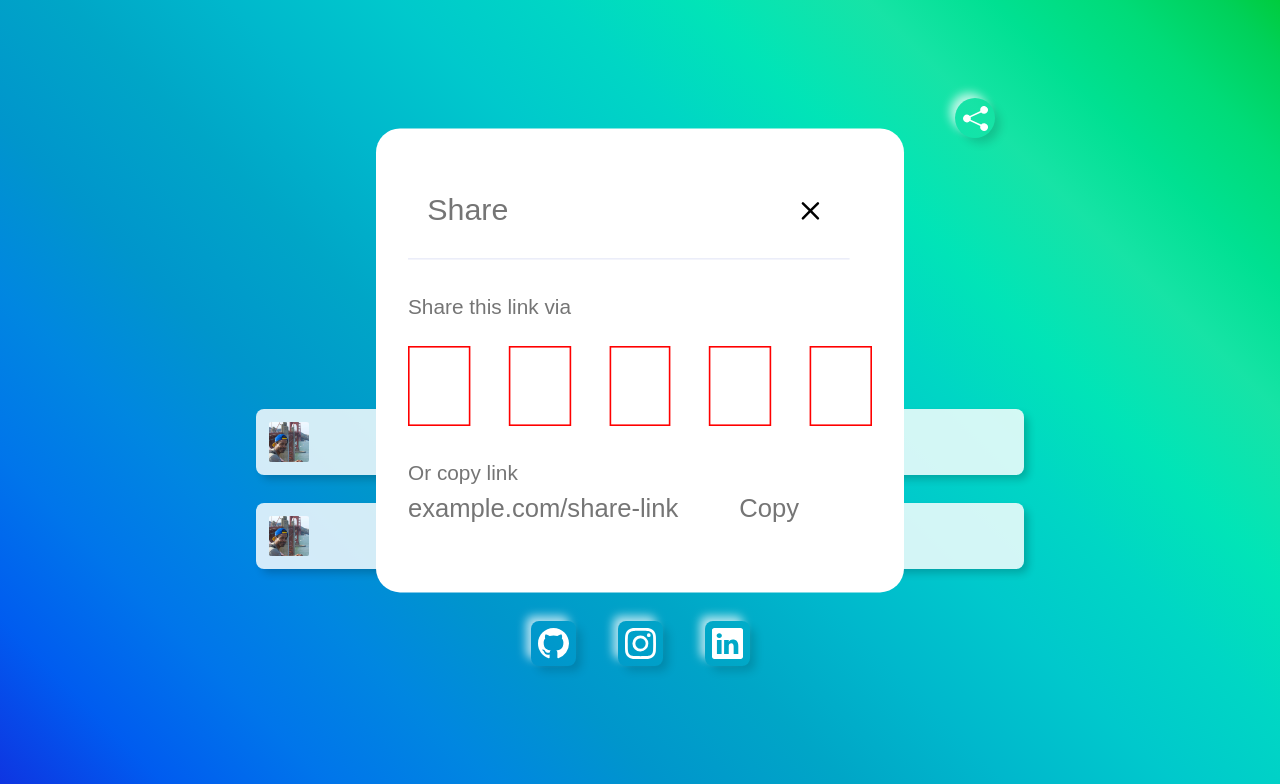
Repository: MateLaDBrouille97/linktree
Page: /
An editor plug-in stored every save of this project. The page is shown before and after the next save, followed by the edit.
The browser window is 1280 px wide. The pictures show the whole page.
The project was rebuilt for these pictures with package versions that can differ from the ones it lists, and the page was loaded fresh each time. The framework's server and built-in components were replaced by stand-ins that run in the browser. Also part of the build but not shown: next.config.js, styles/Home.module.css, styles/scrollup.css.

Above is the page before, as saved 2023-01-23 23:49:39.

### app/layout.tsx
"use client";

import '@/styles/globals.css'
import '../styles/Home.module.css';
import '../styles/scrollup.css';
import '../styles/home.css';
import '../styles/socials.css';
import '../styles/share.css';
import ScrollDow from '../components/ScrollDow';
import ScrollUp from '../components/scrollup/ScrollUp'

export default function RootLayout({
    children,
  }: {
    children: React.ReactNode;
  }) {
    return (
      <html lang="en">
        <body>{children}</body>
        {/* <ScrollDow/> */}
        {/* <ScrollUp/> */}
      </html>
    );
  }

### app/page.tsx
"use client";

import Image from "next/image";
import data from "data.json";
import image from "../public/ManuelTL2.jpg";
import image1 from "../public/ManuelTL2.jpg";
import { useEffect, useState } from "react";
import Socials from "../components/Socials";
import Share from "@/components/Share";

function LinkCard({
  href,
  title,
  image,
}: {
  href: string;
  title: string;
  image?: string;
}) {
  return (
    <a
      href={href}
      className="flex items-center p-3 w-full rounded-lg hover:scale-105 transition-all bg-gray-100 mb-3 -mt-2 max-w-3xl home__linkcard-box"
    >
      <div className="flex text-center w-full home__linkcard-card">
        <div className="w-10 h-10 home__linkcard-img">
          {image1 && (
            <Image
              className="rounded-sm"
              alt={data.name}
              src={image1}
              width={40}
              height={40}
            />
          )}
        </div>
        <h2 className="flex justify-center items-center font-semibold w-full text-gray-700 -ml-10 home__linkcard-title">
          {title}
        </h2>
      </div>
    </a>
  );
}

export default function Home() {
  /*==================== Toggle Menu ====================== */
  const [toggle, showMenu] = useState(false);
  const [activeNav, setActiveNav] = useState("#home");

  /* +++++++++++++++++++++++++++++++++++++++++++++++++ */
  // const { dbUser, image } = useUserContext();

  // const breakpoints = (width) => {
  //   if (width < 640) {
  //     return "xs";
  //   } else if (width >= 640 && width < 768) {
  //     return "sm";
  //   } else if (width >= 768 && width < 1024) {
  //     return "md";
  //   } else if (width >= 1024) {
  //     return "lg";
  //   }
  // };

  // const [breakpoint, setBreakpoint] = useState(() =>
  //   breakpoints(typeof window !== "undefined" && window.innerWidth)
  // );

  useEffect(() => {
    if (toggle) {
      // const calcInnerWidth = function () {
      //   setBreakpoint(breakpoints(window.innerWidth));
      // };
      // window.addEventListener("resize", calcInnerWidth);
      window.addEventListener("scroll", function () {
        const header = this.document.querySelector(".header");
        //scroll higher than 200 viewport height
        //add scroll header class to a tag with the scroll-top
        if (this.scrollY >= 80) header?.classList.add("scroll-header");
        else header?.classList.remove("scroll-header");
      });
    }
  }, []);

  useEffect(() => {
    showMenu(true);
  }, []);

  return (
    <div className="flex items-center flex-col mx-auto w-full justify-center mt-16 px-8 ">
      <Share/>
      <a
        href="#home"
        onClick={() => setActiveNav("#home")}
        // className={
        //   activeNav === "#home" ? "nav__logo active-link" : "nav__logo"
        // }
      >
        <Image
          className="rounded-full"
          alt={data.name}
          src={image}
          width={96}
          height={96}
        />
      </a>

      <h1 className="font-semibold mt-4 mb-8 text-xl" style={{color:"white"}}>{data.name}</h1>
      <h3 className="home__description" style={{color:"white"}}>{data.small_description}</h3>

      <div className="grid place-items-center w-full mt-2">
        {data.links.map((link) => (
          <LinkCard key={link.href} {...link} />
        ))}
      </div>

      <div className="gap-3 items-center flex mt-10">
        {data?.socials?.map((social) => {
         return(

          <Socials title={social?.title} key={social?.href} />
          )
        })}
      </div>
    </div>
  );
}

### styles/globals.css
@tailwind base;
@tailwind components;
@tailwind utilities;

body{
  height:100vh;
  background-image: linear-gradient(
  45deg,
  hsl(229deg 88% 47%) 0%,
  hsl(217deg 100% 47%) 8%,
  hsl(210deg 100% 46%) 16%,
  hsl(204deg 100% 44%) 24%,
  hsl(196deg 100% 40%) 32%,
  hsl(190deg 100% 39%) 41%,
  hsl(186deg 100% 40%) 49%,
  hsl(181deg 100% 40%) 57%,
  hsl(175deg 100% 42%) 65%,
  hsl(168deg 99% 45%) 72%,
  hsl(162deg 82% 49%) 80%,
  hsl(159deg 100% 44%) 86%,
  hsl(153deg 100% 43%) 92%,
  hsl(146deg 100% 41%) 97%,
  hsl(138deg 100% 40%) 100%
);
}

@import  url('https://api.iconify.design/material-symbols/arrow-upward.svg');

/*=============== GOOGLE FONTS ===============*/
@import url("https://fonts.googleapis.com/css2?family=Poppins:wght@400;500;600&display=swap");

/*=================== NEXT.JS ================*/

html,
body {
  padding: 0;
  margin: 0;
  font-family: -apple-system, BlinkMacSystemFont, Segoe UI, Roboto, Oxygen,
    Ubuntu, Cantarell, Fira Sans, Droid Sans, Helvetica Neue, sans-serif;
}

h1 {
  font-size: 1.75rem;
}




/*=============== VARIABLES CSS ===============*/
:root {
  --header-height: 3rem;

  /*========== Colors ==========*/
  /*Color mode HSL(hue, saturation, lightness)*/
  --hue: 0;
  --sat: 0%;
  --title-color: hsl(var(--hue), var(--sat), 20%);
  --title-color-dark: hsl(var(--hue), var(--sat), 0%);
  --text-color: hsl(var(--hue), var(--sat), 46%);
  --body-color: hsl(var(--hue), var(--sat), 98%);
  --container-color: #fff;

  /*========== Font and typography ==========*/
  --body-font: "Poppins", sans-serif;

  /*.5rem = 8px | 1rem = 16px ...*/
  --big-font-size: 3.5rem;
  --h1-font-size: 2.75rem;
  --h2-font-size: 1.5rem;
  --h3-font-size: 1.25rem;
  --normal-font-size: 1rem;
  --small-font-size: 0.875rem;
  --smaller-font-size: 0.813rem;
  --tiny-font-size: 0.625rem;

  /*========== Font weight ==========*/
  --font-normal: 400;
  --font-medium: 500;
  --font-semi-bold: 600;

  /*========== Margenes Bottom ==========*/
  /*.5rem = 8px | 1rem = 16px ...*/
  --mb-0-25: 0.25rem;
  --mb-0-5: 0.5rem;
  --mb-0-75: 0.75rem;
  --mb-1: 1rem;
  --mb-1-5: 1.5rem;
  --mb-2: 2rem;
  --mb-2-5: 2.5rem;
  --mb-3: 3rem;

  /*========== z index ==========*/
  --z-tooltip: 10;
  --z-fixed: 100;
  --z-modal: 1000;
}

/* Responsive typography */
@media screen and (max-width: 992px) {
  :root {
    --big-font-size: 2.75rem;
    --h1-font-size: 1.5rem;
    --h2-font-size: 1.25rem;
    --h3-font-size: 1rem;
    --normal-font-size: 0.938rem;
    --small-font-size: 0.813rem;
    --smaller-font-size: 0.75rem;
  }
}

/*=============== BASE ===============*/
* {
  margin: 0;
  padding: 0;
  box-sizing: border-box;
}

html {
  scroll-behavior: smooth;
}

body,
button,
input,
textarea {
  font-family: var(--body-font);
  font-size: var(--normal-font-size);
}

body {
  background-color: var(--body-color);
  color: var(--text-color);
}

h1,
h2,
h3 {
  color: var(--title-color);
  font-weight: var(--font-semi-bold);
}

ul {
  list-style: none;
}

a {
  text-decoration: none;
}

button {
  cursor: pointer;
  border: none;
  outline: none;
}

img {
  max-width: 100%;
  height: auto;
}

/*=============== REUSABLE CSS CLASSES ===============*/
.section {
  padding: 6rem 0 2rem;
}

.section__title {
  font-size: var(--h1-font-size);
  color: var(--title-color);
}

.section__subtitle {
  display: block;
  font-size: var(--normal-font-size);
  margin-bottom: 4rem;
}

.section__title,
.section__subtitle {
  text-align: center;
}

/*=============== LAYOUT ===============*/
.container {
  max-width: 968px;
  margin-left: auto;
  margin-right: auto;
}

.grid {
  display: grid;
  gap: 1.5rem;
}

/*=============== BUTTONS ===============*/
.button {
  display: inline-block;
  background-color:rgb(100, 189, 140);
  color: var(--container-color);
  padding: 1.25rem 2rem;
  border-radius: 1rem;
  font-weight: var(--font-medium);
}

.button:hover {
  background-color: rgb(81, 209, 138);
  color: var(--container-color);
}

.button__icon {
  margin-left: var(--mb-0-5);
}

.button--flex {
  display: inline-flex;
  align-items: center;

}




/*=============== BREAKPOINTS ===============*/
/* For large devices */
@media screen and (max-width: 992px) {
  .container {
    margin-left: var(--mb-1-5);
    margin-right: var(--mb-1-5);
  }

  .button {
    padding: 1rem 1.75rem;
  }

  .button__icon {
    width: 22px;
    height: 22px;
  }
}

/* For medium devices */
@media screen and (max-width: 768px) {
  body {
    margin: 0 0 var(--header-height) 0;
  }

  .section {
    padding: 2rem 0 4rem;
  }

  .section__subtitle {
    margin-bottom: var(--mb-3);
  }
}

@media screen and (max-width: 576px) {

}

/* For small devices */
@media screen and (max-width: 350px) {
  :root {
    --big-font-size: 2.25rem;
  }

  .container {
    margin-left: var(--mb-1);
    margin-right: var(--mb-1);
  }
}

### styles/home.css
.home__container{
    row-gap: 7rem;
}

.home__content{
    grid-template-columns: 116px repeat(2, 1fr);
    padding-top: 5.5rem;
    column-gap: 2rem;
    align-items: center;
}

.home__social{
    display:grid;
    grid-template-columns: max-content;
    row-gap: 1rem;
}

.home__social-icon{
    font-size:1.25rem;
    color: var(--title-color);
}

.home__social-icon:hover{
    color:rgb(165, 30, 75);
}



.home__social-icon:hover{
    color: var(--title-color-dark);
}

.home__title{
    font-size:var(--h1-font-size);
    margin-bottom:var(--mb-0-25);
}

.home__hand{
    width: 38px;
    height: 38px;
    margin-left: 0.4rem;
}

.home__subtitle{
    position: relative;
    font-size:var(--h3-font-size);
    padding-left: 5.4rem;
    font-weight: var(--font-normal);
    margin-bottom: var(--mb-1);
}

.home__subtitle::before{
    content:'';
    position:absolute;
    width: 70px;
    height:1px;
    background-color:var(--text-color);
    left:0;
    top:1rem;
}

.home__description{
    max-width:400px;
    margin-bottom: var(--mb-3);
    line-height: 1.7;
}

.home__linkcard-box{
    background-color: rgba(255, 255, 255, 0.829);
    border-color: whitesmoke;
    border-width: 3px;
    transition: transform 0.5s;
    box-shadow: 5px 5px 9px -1px rgba(0,0,0,0.2);

    border: 1px solid rgba(0,0,0,0);
    transition: transform 0.5s;
}

.home__linkcard-box:hover{
    box-shadow: 10px 10px 0px -1px rgba(0,0,0,0.15),
                1px 1px 0.5px  rgba(0,0,0,0.15),
                0px -12px 10px -10px  rgba(0,0,0,0.05);
     border: 1px solid   rgba(0,0,0,0.1);
    /* transform:translateY(-2px)  ;    */
}

.home__linkcard-box::after{
    transition: transform 0.5s;
}

.home__linkcard-box:hover::after .home__linkcard-title {
    transition: transform 0.7s;
}

.home__linkcard-box:hover::after .home__linkcard-img {
    transition: transform 0.7s;
}

.home__linkcard-box:hover .home__linkcard-title{
    transform:scale(1.05);
    transition: transform 0.5s;
}

.home__linkcard-box:hover .home__linkcard-img{
    transform:scale(1.15);
    transition: transform 0.5s;
}




.home__img{
/* background: url(../../assets/Mur.jpg); */
background-repeat: no-repeat;
background-position: center;
background-size: cover;
box-shadow: inset 0 0 0 9px rgb(255 255 255/30%);
order: 1;
justify-self: center;
width:375px ;
height: 350px;
animation: profile__animate 8s ease-in-out infinite 1s;
}

@keyframes profile__animate {
    0%{
        border-radius: 60% 40% 30% 70%/60% 30% 70% 40%;
    }

    50%{
        border-radius: 30% 60% 70% 40%/50% 60% 30% 60%;
    }

    100%{
        border-radius: 60% 40% 30% 70%/60% 30% 70% 40%;
    }
}

.home__scroll{
    position:fixed;
    left: 2.5rem;
    bottom: 3rem;
    /* opacity:0.8; */
    padding:0.3rem 0.5rem;
    border-radius:0.4rem;
    z-index: var(--z-tooltip);
    transition: .4s;
}


.wheel {
    animation: scroll 2s ease infinite;
}

@keyframes scroll{
    0% {
        transform: translateY(0);
    }
    30% {
        transform: translateY(3.7rem);
    }

}


.home__scroll-name{
    color: rgba(255, 255, 255, 0.829);
    font-weight: var(--font-medium);
    margin-right: var(--mb-0-25);
    margin-left: 2px;
}

.home__scroll-arrow{
    font-size: 1.25rem;
    color: rgba(255, 255, 255, 0.829);
}


/*=============== BREAKPOINTS ===============*/
/* For large devices */
@media screen and (max-width: 992px) {
    .home__content{
        grid-template-columns: 100px repeat(2, 1fr);
        column-gap: 1.25rem;

    }

    .home__hand{
        width:26px;
        height:26px;
    }

    .home__subtitle{
        padding-left: 3.75rem;
        margin-bottom: var(--mb-1);

    }

    .home__subtitle::before {
        width:42px;
        top:0.8rem;
    }

    .home__description{
        max-width: initial;
        margin-bottom: var(--mb-2-5);
    }

    .home__img{
        width:250px;
        height:250px;
        box-shadow:inset 0 0 0 8px rgb(255 255 255/30%)
    }

    .home__scroll{
        margin-left: 7.5rem;
    }



  }

  /* For medium devices */
  @media screen and (max-width: 768px) {
    .home__content{
        grid-template-columns: 0.5fr 3fr;
        padding-top: 3.5rem;
    }

    .home__img{
        order:initial;/* ordre d'apparition de l'element*/
        justify-self: initial;
        box-shadow: inset 0 0 0 9px rgb(255 255 255/30%);
        width:200px;
        height: 200px;
    }

    .home__data{
        grid-column:1/3;
    }

    .home__scroll{
        display:none;
    }


  }



  /* For small devices */
  @media screen and (max-width: 350px) {


    .home__img{

        width:180px ;
        height: 180px;
    }

    .home__hand{
        width:22px;
        height:22px;
    }


  }

### styles/socials.css
/* .social__link{
    color: var(--container-color);
    font-size: 1.125rem;
    padding: 0.4rem;
    border-radius:1.5rem;
    display: inline-flex;
} */
/*
.social__link:hover{
    background-color:rgba(44, 203, 224, 0.986);
} */

.social__link{
    display:flex;
    /* background-color: var(--container-color); */
    color: var(--container-color);
    height: 45px;
    width: 45px;
    margin: 0 15px;
    border-radius: 8px;
    align-items: center;
    justify-content:center;
    text-decoration: none;
    box-shadow: 6px 6px 10px -1px rgba(0,0,0,0.15),
                -6px -6px 10px -1px rgba(255,255,255,0.7);
    border: 1px solid   rgba(0,0,0,0);
    transition: transform 0.5s;
}

a svg {
    font-size: 38px;
    color: white;
    transition: transform 0.5s;
}


.social__link:hover{
    background-color: rgba(255, 255, 255, 0.829);
    box-shadow: inset 4px 4px 6px -1px rgba(0,0,0,0.2),
                inset -4px -4px 6px -1px rgba(255,255,255,0.7),
                -0.5px -0.5px 0px  rgba(255,255,255,1),
                0.5px 0.5px 0px  rgba(0,0,0,0.15),
                0px -12px 10px -10px  rgba(0,0,0,0.05);
    border: 1px solid   rgba(0,0,0,0.1);
    transform:translateY(2px)  ;
}


a:hover svg{
    transform: scale(1.10);
    fill: black;
    transition: transform 0.5s;
}

a:hover .bi-linkedin{
    fill:rgb(18, 83, 203) ;
    transform:scale(1.10);
    transition: transform 0.5s;
}

a:hover .bi-instagram{
    fill:#e64771;
    transform:scale(1.10);
    transition: transform 0.5s;
}


/*=============== BREAKPOINTS ===============*/
/* For large devices */
@media screen and (max-width: 992px) {


    .social__link:hover{

        box-shadow: inset 4px 4px 6px -1px rgba(0,0,0,0.2),
                    inset -4px -4px 6px -1px rgba(255,255,255,0.7),
                    -0.5px -0.5px 0px  rgba(255,255,255,1),
                    0.5px 0.5px 0px  rgba(0,0,0,0.15),
                    0px -12px 10px -10px  rgba(0,0,0,0.05);
        border: 1px solid   rgba(0,0,0,0.1);
        transform:translateY(2px)  ;
    }




  }

  /* For medium devices */
  @media screen and (max-width: 768px) {




  }



  /* For small devices */
  @media screen and (max-width: 350px) {





  }

### styles/share.css
/*          Share   Items  */

.share-link {
  display: flex;
  color: var(--container-color);
  height: 45px;
  width: 45px;
  margin: 0 15px;
  border-radius: 22px;
  align-items: center;
  justify-content: center;
  text-decoration: none;
  box-shadow: 6px 6px 10px -1px rgba(0, 0, 0, 0.15),
    -6px -6px 10px -1px rgba(255, 255, 255, 0.7);
  border: 1px solid rgba(0, 0, 0, 0);
  transition: transform 0.5s;
}

.share-link:hover {
  background-color: rgba(255, 255, 255, 0.829);
  box-shadow: inset 4px 4px 6px -1px rgba(0, 0, 0, 0.2),
    inset -4px -4px 6px -1px rgba(255, 255, 255, 0.7),
    -0.5px -0.5px 0px rgba(255, 255, 255, 1),
    0.5px 0.5px 0px rgba(0, 0, 0, 0.15),
    0px -12px 10px -10px rgba(0, 0, 0, 0.05);
  border: 1px solid rgba(0, 0, 0, 0.1);
  transform: translateY(2px);
}

/* .share-link .bi-share-fill{
    fill: white;
} */

.share-link:hover .bi-share-fill {
  fill: black;
  transform: scale(1.1);
  transition: transform 0.5s;
}

header {
  width: 95%;
  max-width: 788px;
  display: flex;
  justify-content: flex-end;
  padding: 12px;
  margin-top: 5px;
}

.share-button {
  width: 40px;
  height: 40px;
  border-radius: 20px;
  color: var(--container-color);
}


.share {
  width: 95%;
  max-width: 788px;
  display: flex;
  justify-content: flex-end;
  padding: 12px;
  margin-top: 5px;
  z-index: 10;
}

.modal-share {
  position: absolute;
  top: 50%;
  left: 50%;
  transform: translate(-50%, -50%) scale(1.6);
  background: var(--container-color);
  padding: 20px;
  border-radius: 15px;
  max-width: 330px;
  width: 60%;
}

.modal-share :is(header, .icons) {
  display: flex;
  align-items: center;
  justify-content: space-between;
}

.modal-share header {
  padding-bottom: 15px;
  border-bottom: 1px solid #ebedf9;
}

header .close .icons a{
  display: flex;
  align-items: center;
  justify-content: center;
  border-radius: 50%;
}

header .close {
  height: 33px;
  width: 33px;
  background: var(--container-color);
  cursor: pointer;
}

.modal-title {
  font-size: 19px;
  font-weight: 500;
}

.modal-share .content {
  margin: 20px 0;
}

.content p{
  font-size: 13px;
}

.content .icons {
  margin: 15px 0 20px 0;
}

.icons a {
  height: 50px;
  width: 50px;
  border: 1px solid red;
  text-decoration: none;
  display: flex;
  justify-content: center;
  align-items: center;
}

### components/Socials.tsx
function GitHubIcon() {
  return (
    <a href="https://github.com/LuckyMate97" className="social__link">
      <svg xmlns="http://www.w3.org/2000/svg" width="31" height="31" fill="white" className="bi bi-github" viewBox="0 0 16 16"> <path d="M8 0C3.58 0 0 3.58 0 8c0 3.54 2.29 6.53 5.47 7.59.4.07.55-.17.55-.38 0-.19-.01-.82-.01-1.49-2.01.37-2.53-.49-2.69-.94-.09-.23-.48-.94-.82-1.13-.28-.15-.68-.52-.01-.53.63-.01 1.08.58 1.23.82.72 1.21 1.87.87 2.33.66.07-.52.28-.87.51-1.07-1.78-.2-3.64-.89-3.64-3.95 0-.87.31-1.59.82-2.15-.08-.2-.36-1.02.08-2.12 0 0 .67-.21 2.2.82.64-.18 1.32-.27 2-.27.68 0 1.36.09 2 .27 1.53-1.04 2.2-.82 2.2-.82.44 1.1.16 1.92.08 2.12.51.56.82 1.27.82 2.15 0 3.07-1.87 3.75-3.65 3.95.29.25.54.73.54 1.48 0 1.07-.01 1.93-.01 2.2 0 .21.15.46.55.38A8.012 8.012 0 0 0 16 8c0-4.42-3.58-8-8-8z"/> </svg>
    </a>
  );
}

function InstagramIcon() {
  return (
    <a href="https://www.instagram.com/oto.mata33/" className="social__link">
      <svg xmlns="http://www.w3.org/2000/svg" width="31" height="31" fill="white" className="bi bi-instagram" viewBox="0 0 16 16"> <path d="M8 0C5.829 0 5.556.01 4.703.048 3.85.088 3.269.222 2.76.42a3.917 3.917 0 0 0-1.417.923A3.927 3.927 0 0 0 .42 2.76C.222 3.268.087 3.85.048 4.7.01 5.555 0 5.827 0 8.001c0 2.172.01 2.444.048 3.297.04.852.174 1.433.372 1.942.205.526.478.972.923 1.417.444.445.89.719 1.416.923.51.198 1.09.333 1.942.372C5.555 15.99 5.827 16 8 16s2.444-.01 3.298-.048c.851-.04 1.434-.174 1.943-.372a3.916 3.916 0 0 0 1.416-.923c.445-.445.718-.891.923-1.417.197-.509.332-1.09.372-1.942C15.99 10.445 16 10.173 16 8s-.01-2.445-.048-3.299c-.04-.851-.175-1.433-.372-1.941a3.926 3.926 0 0 0-.923-1.417A3.911 3.911 0 0 0 13.24.42c-.51-.198-1.092-.333-1.943-.372C10.443.01 10.172 0 7.998 0h.003zm-.717 1.442h.718c2.136 0 2.389.007 3.232.046.78.035 1.204.166 1.486.275.373.145.64.319.92.599.28.28.453.546.598.92.11.281.24.705.275 1.485.039.843.047 1.096.047 3.231s-.008 2.389-.047 3.232c-.035.78-.166 1.203-.275 1.485a2.47 2.47 0 0 1-.599.919c-.28.28-.546.453-.92.598-.28.11-.704.24-1.485.276-.843.038-1.096.047-3.232.047s-2.39-.009-3.233-.047c-.78-.036-1.203-.166-1.485-.276a2.478 2.478 0 0 1-.92-.598 2.48 2.48 0 0 1-.6-.92c-.109-.281-.24-.705-.275-1.485-.038-.843-.046-1.096-.046-3.233 0-2.136.008-2.388.046-3.231.036-.78.166-1.204.276-1.486.145-.373.319-.64.599-.92.28-.28.546-.453.92-.598.282-.11.705-.24 1.485-.276.738-.034 1.024-.044 2.515-.045v.002zm4.988 1.328a.96.96 0 1 0 0 1.92.96.96 0 0 0 0-1.92zm-4.27 1.122a4.109 4.109 0 1 0 0 8.217 4.109 4.109 0 0 0 0-8.217zm0 1.441a2.667 2.667 0 1 1 0 5.334 2.667 2.667 0 0 1 0-5.334z"/> </svg>
    </a>
  );
}

function LinkedInIcon() {
  return (
    <a href="https://ca.linkedin.com/" className="social__link">
      <svg xmlns="http://www.w3.org/2000/svg" width="31" height="31" fill="white" className="bi bi-linkedin" viewBox="0 0 16 16"> <path d="M0 1.146C0 .513.526 0 1.175 0h13.65C15.474 0 16 .513 16 1.146v13.708c0 .633-.526 1.146-1.175 1.146H1.175C.526 16 0 15.487 0 14.854V1.146zm4.943 12.248V6.169H2.542v7.225h2.401zm-1.2-8.212c.837 0 1.358-.554 1.358-1.248-.015-.709-.52-1.248-1.342-1.248-.822 0-1.359.54-1.359 1.248 0 .694.521 1.248 1.327 1.248h.016zm4.908 8.212V9.359c0-.216.016-.432.08-.586.173-.431.568-.878 1.232-.878.869 0 1.216.662 1.216 1.634v3.865h2.401V9.25c0-2.22-1.184-3.252-2.764-3.252-1.274 0-1.845.7-2.165 1.193v.025h-.016a5.54 5.54 0 0 1 .016-.025V6.169h-2.4c.03.678 0 7.225 0 7.225h2.4z"/> </svg>
    </a>
  );
}

function Socials({ title }:{title?:string;}) {
  if (title == "Instagram") {
    return <InstagramIcon  />;
  }
  if (title == "Github") {
    return <GitHubIcon  />;
  }
  if (title == "LinkedIn") {
    return <LinkedInIcon  />;
  }
}

export default Socials;

Loaded but not shown: data.json (35 lines, source omitted); tailwind.config.js (13 lines, source omitted); components/Share.tsx (116 lines, source omitted)

After the next save:
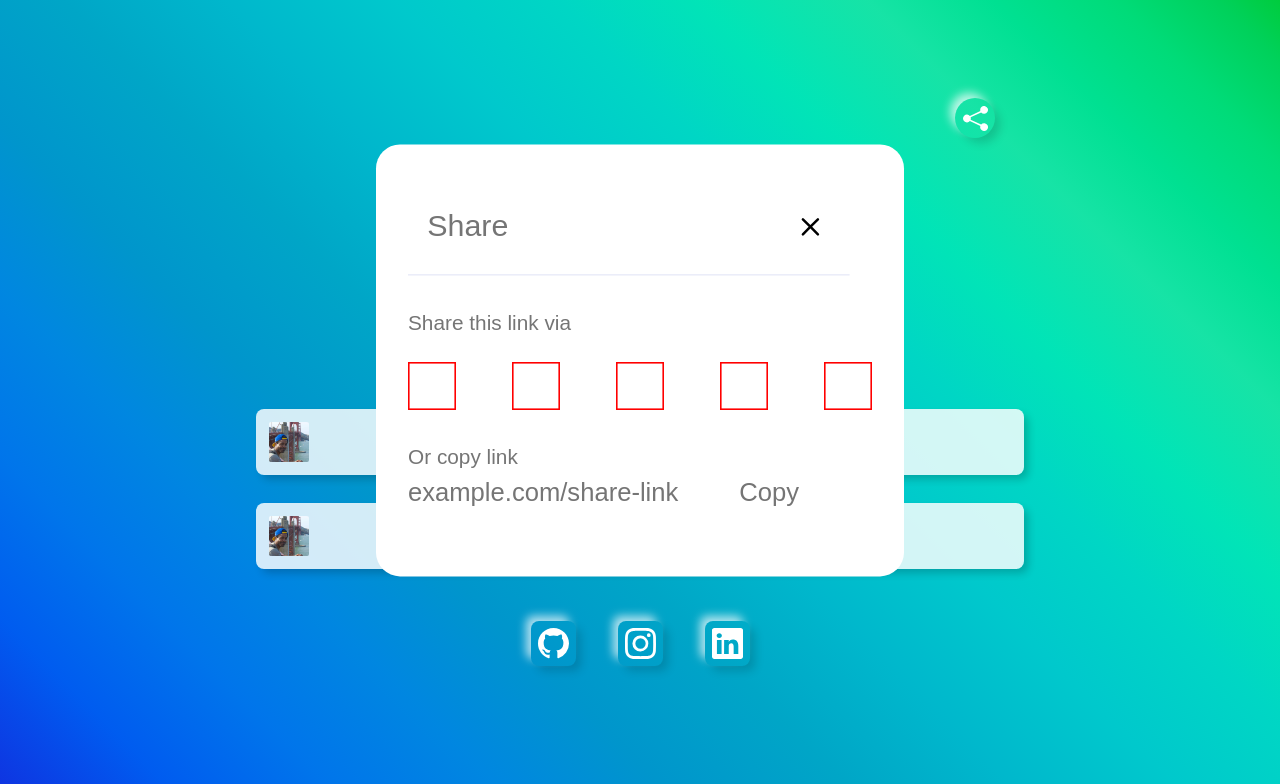
Saved 34 s later.
--- a/styles/share.css
+++ b/styles/share.css
@@ -119,8 +119,8 @@ header .close {
 }
 
 .icons a {
-  height: 50px;
-  width: 50px;
+  height: 30px;
+  width: 30px;
   border: 1px solid red;
   text-decoration: none;
   display: flex;
